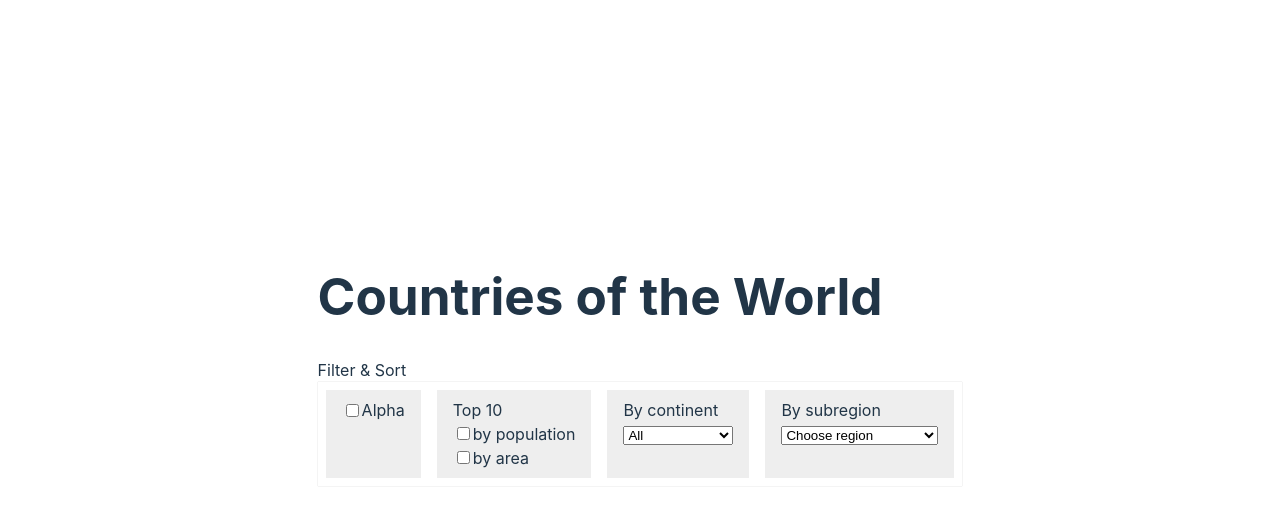
Repository: SamanthaYan298/my_countries
Page: /
An editor plug-in stored every save of this project. The page is shown before and after the next save, followed by the edit.
The browser window is 1280 px wide. The pictures show the whole page.
The project was rebuilt for these pictures with package versions that can differ from the ones it lists, and the page was loaded fresh each time. Also part of the build but not shown: vite.config.js.

Above is the page before, as saved 2024-11-04 17:45:26.

After the next save:
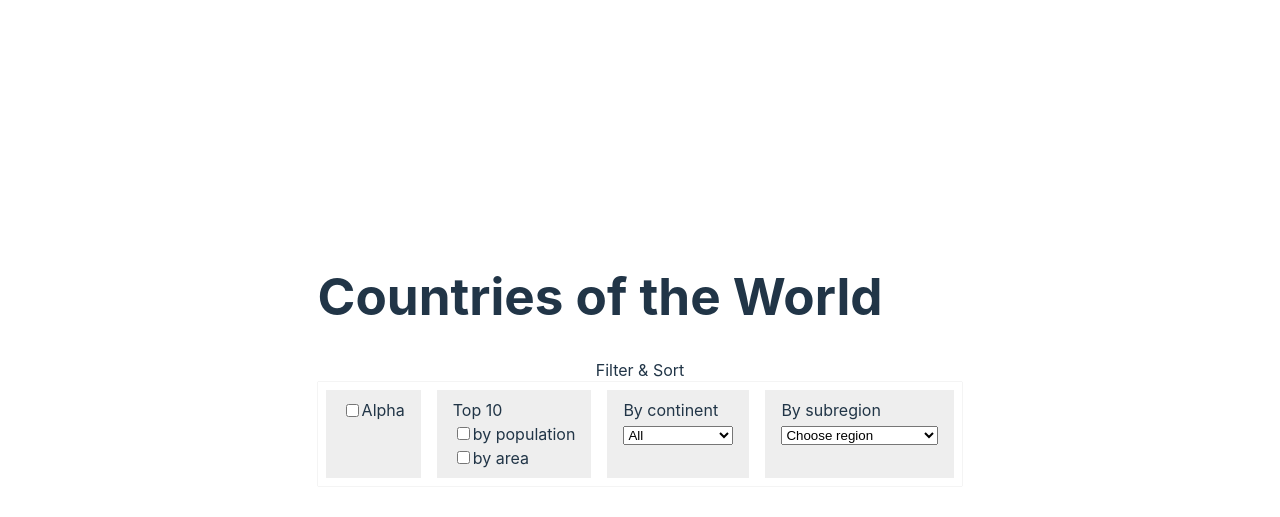
Saved 22 s later.
--- a/src/App.css
+++ b/src/App.css
@@ -8,6 +8,10 @@
   display: flex;
   flex-direction: row;
   align-items: flex-start;
+}
+
+.inner-container {
+  text-align: center;
 }
 
 .container p {
